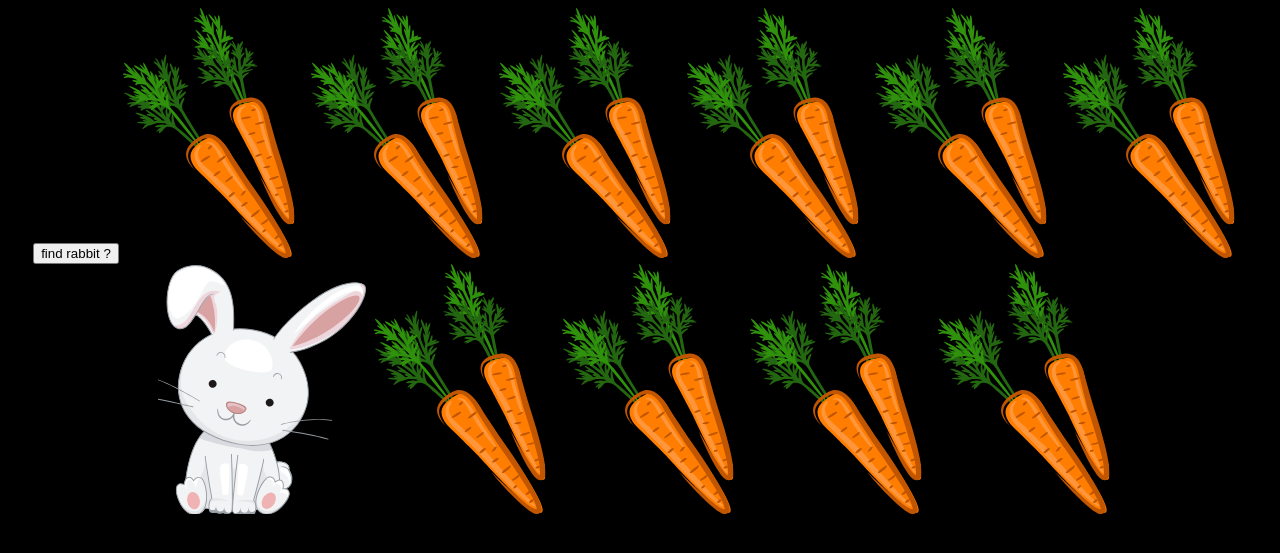
Repository: DongjaJ/Browser
Page: rabbits ans/index.html
These files come from the project's save history. The page is drawn as it stood at one moment and after the next save; the edit follows.
The browser window is 1280 px wide. The pictures show the whole page.

Above is the page before, as saved 2022-09-15 13:51:30.

After the next save:
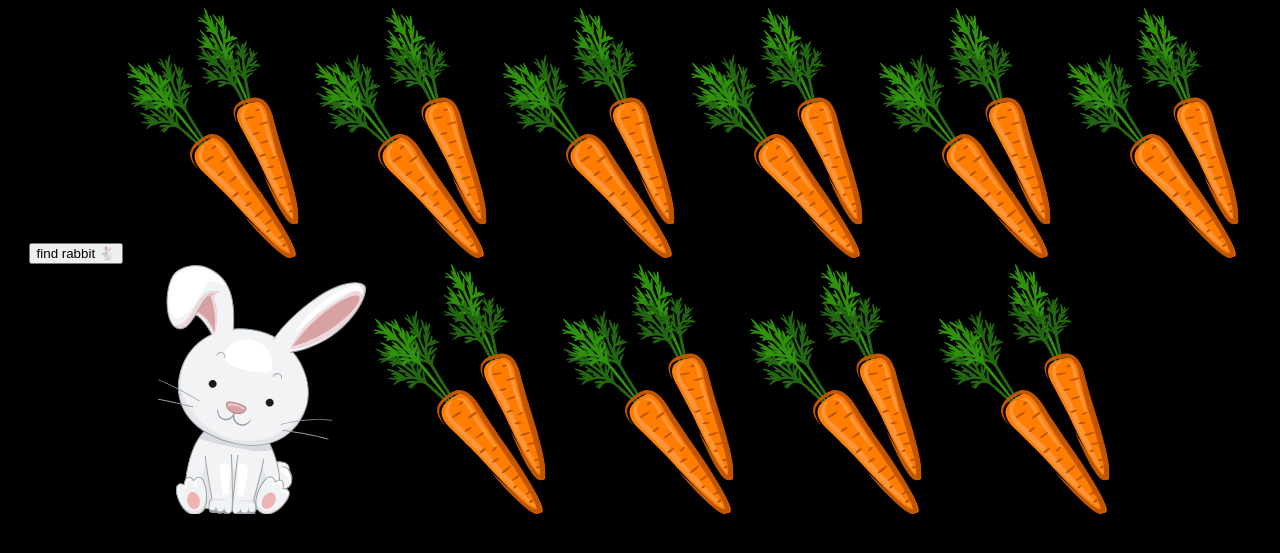
Saved 17 s later.
--- a/rabbits ans/index.html
+++ b/rabbits ans/index.html
@@ -12,7 +12,7 @@
     </style>
   </head>
   <body>
-    <button>find rabbit ?</button>
+    <button>find rabbit 🐇</button>
     <img src="img/carrot.png" alt="carrot" class="carrot">
     <img src="img/carrot.png" alt="carrot" class="carrot">
     <img src="img/carrot.png" alt="carrot" class="carrot">
